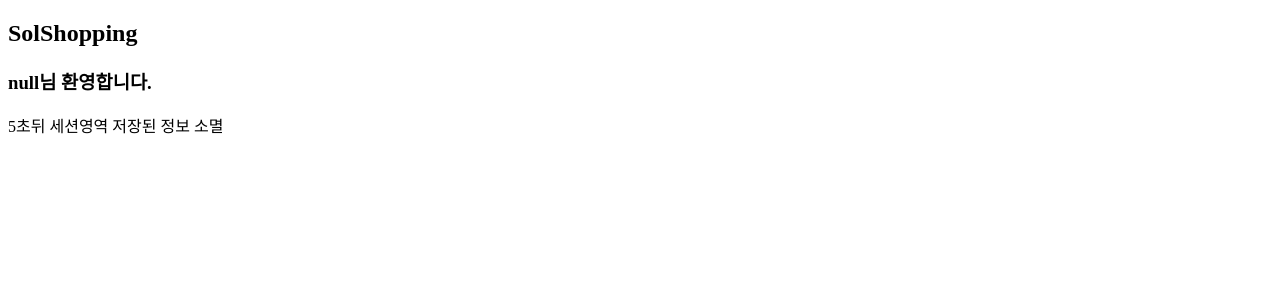
Repository: topblame/Bootcamp
Page: http://localhost/JSP_250408/chapter01/SessionShopping.jsp
An editor plug-in stored every save of this project. The page is shown before and after the next save, followed by the edit.
The browser window is 1280 px wide. The pictures show the whole page.
The page is served by Tomcat 9.

Above is the page before, as saved 2025-06-24 07:20:22.

After the next save:
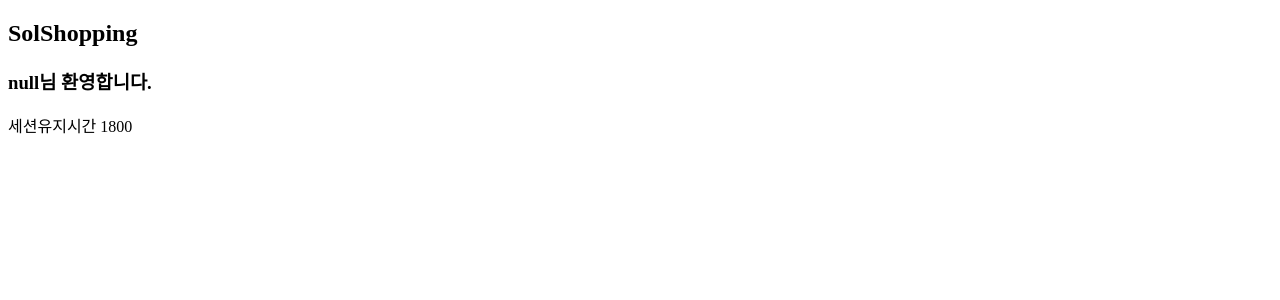
Saved 84 s later.
--- a/WebMvc/JSP_250408/src/main/webapp/chapter01/SessionShopping.jsp
+++ b/WebMvc/JSP_250408/src/main/webapp/chapter01/SessionShopping.jsp
@@ -10,6 +10,7 @@
 <h2>SolShopping</h2>
 <%String id = (String)session.getAttribute("id"); %>
 <h3><%=id %>님 환영합니다.</h3>
-5초뒤 세션영역 저장된 정보 소멸
+<!-- 5초뒤 세션영역 저장된 정보 소멸-->
+세션유지시간 <%=session.getMaxInactiveInterval() %>
 </body>
 </html>
